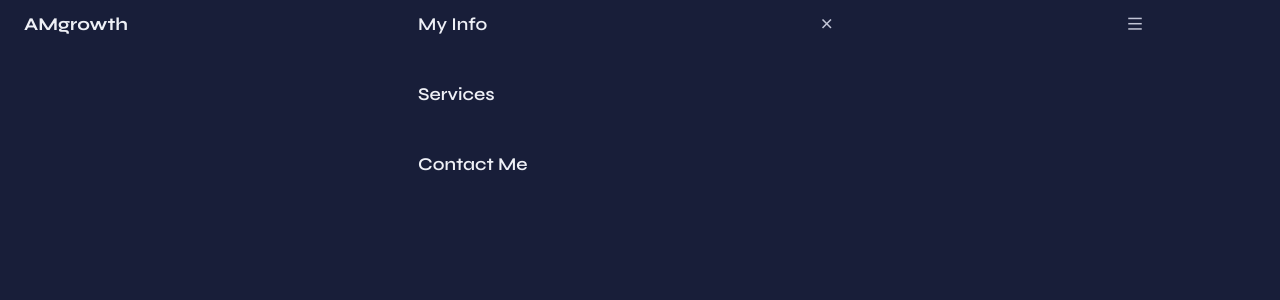
Repository: Ademaulana100499/portofolio
Page: index.html
The author's editor kept a copy of each file at every save. The page is drawn from the files as they stood at one save, then again after the next save.
The browser window is 1280 px wide. The pictures show the whole page.
Some web fonts or font styles are not loaded; a fallback is used.

Above is the page before, as saved 2024-11-28 15:38:26.

After the next save:
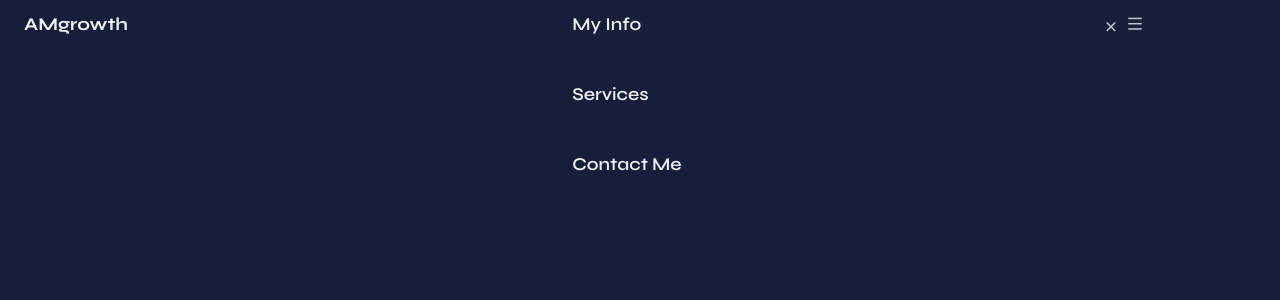
Saved 16 s later.
--- a/assets/css/style.css
+++ b/assets/css/style.css
@@ -194,7 +194,7 @@ main {
 .nav__link:hover::after {
   width: 30%;
 }
-.nav-close {
+.nav__close {
   position: absolute;
   top: 1rem;
   right: 1.5rem;
